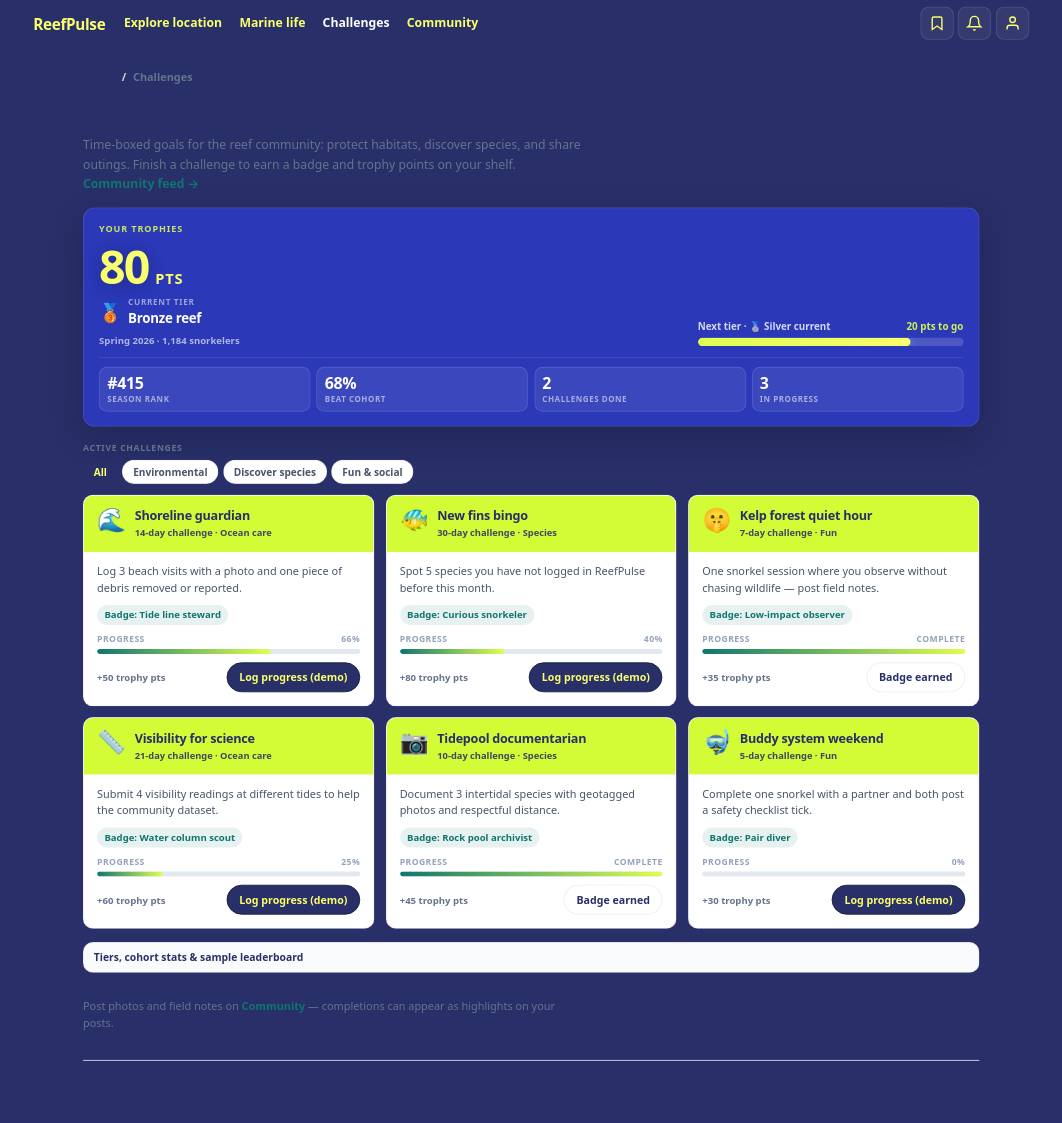
Repository: AayushSalvi/ReefPulse
Page: /challenges (app in frontend/)
An editor plug-in stored every save of this project. The page is shown before and after the next save, followed by the edit.
The browser window is 1280 px wide. The pictures show the whole page, at 83% of full size.
The project was rebuilt for these pictures with package versions that can differ from the ones it lists, and the page was loaded fresh each time. Also part of the build but not shown: frontend/vite.config.js, frontend/src/utils/geo.js, frontend/src/data/mockData.js, frontend/src/features/community/community.css, frontend/src/features/community/CommunityPage.jsx, frontend/src/features/explore/ExploreForecastRedirect.jsx, frontend/src/features/explore/ExploreMapsApiContext.jsx, frontend/src/features/explore/ExploreGoogleMapPanel.jsx and 20 more.

Above is the page before, as saved 2026-04-18 23:04:20.

After the next save:
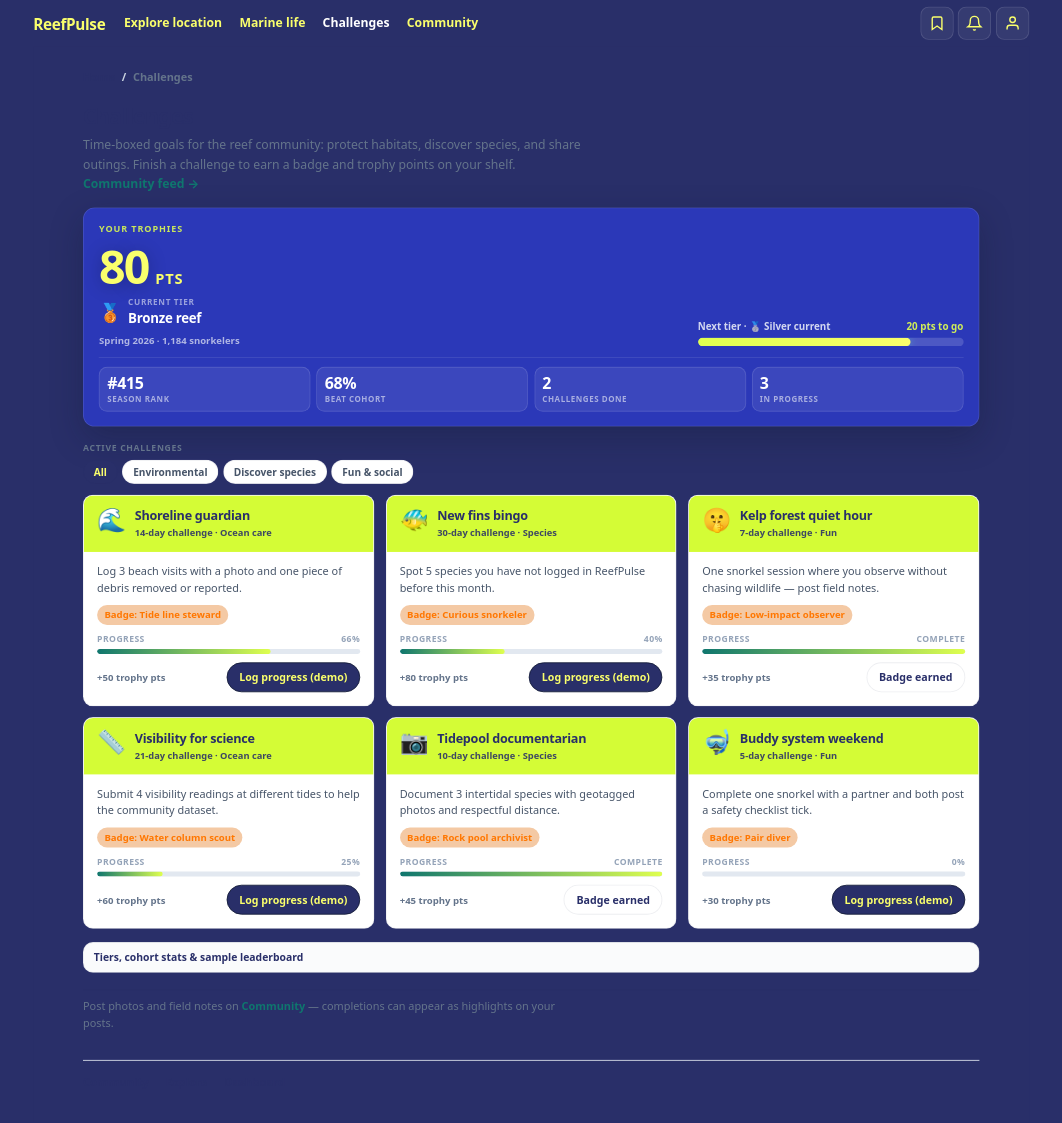
Saved 2 min 1 s later.
--- a/frontend/src/features/challenges/challenges.css
+++ b/frontend/src/features/challenges/challenges.css
@@ -520,8 +520,8 @@
   gap: 0.35rem;
   font-size: 0.72rem;
   font-weight: 700;
-  color: #0f766e;
-  background: rgba(15, 118, 110, 0.1);
+  color: #ff7700;
+  background: #f4c9a4;
   padding: 0.28rem 0.55rem;
   border-radius: 999px;
   width: fit-content;
